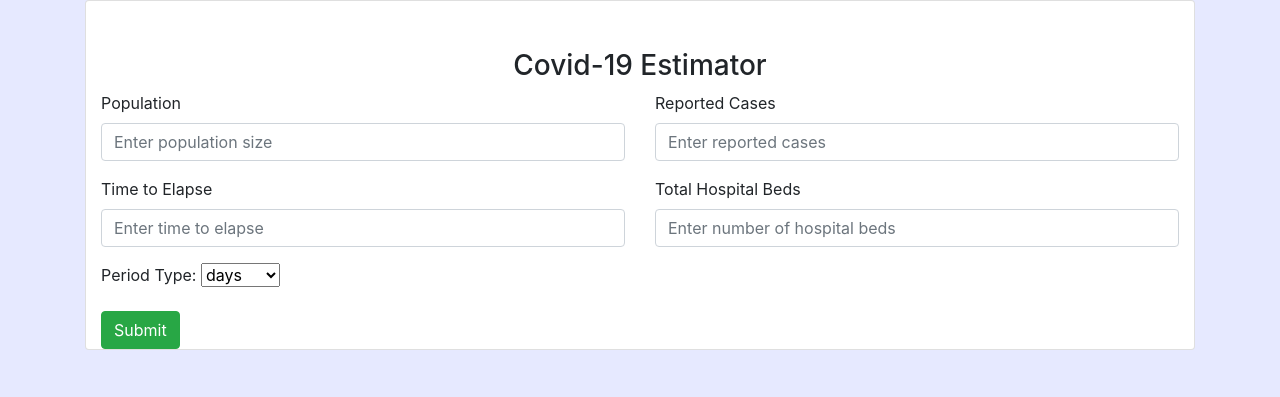
Repository: AbonyiXavier/FrontendUI--challenge-4
Page: index.html
An editor plug-in stored every save of this project. The page is shown before and after the next save, followed by the edit.
The browser window is 1280 px wide. The pictures show the whole page.

Above is the page before, as saved 2020-04-11 19:23:32.

### index.html
<!DOCTYPE html>
<html lang="en">
  <head>
    <meta charset="UTF-8" />
    <meta name="viewport" content="width=device-width, initial-scale=1.0" />
    <title>COVID-19 Estimator</title>
    <link rel="stylesheet" href="./CSS/bootstrap.css" />
    <link rel="stylesheet" href="./CSS/style.css" />
  </head>
  <body>
    <div class="container">
      <div class="card">
        <div class="container">
          <h3 class="text-center mt-5">Covid-19 Estimator</h3>
          <form>
            <div class="row">
              <div class="col-md-6">
                <div class="form-group">
                  <label for="Population">Population</label>
                  <input
                    id="population"
                    type="text"
                    class="form-control"
                    data-population
                    required
                    placeholder="Enter population size"
                  />
                </div>
                <div class="form-group">
                  <label for="Time to Elapse">Time to Elapse</label>
                  <input
                    id="time-to-Elapse"
                    type="text"
                    class="form-control"
                    data-time-to-elapse
                    required
                    placeholder="Enter time to elapse"
                  />
                </div>
              </div>
              <div class="col-md-6">
                <div class="form-group">
                  <label for="Reported Cases">Reported Cases</label>
                  <input
                    id="reported-cases"
                    type="text"
                    class="form-control"
                    data-reported-cases
                    required
                    placeholder="Enter reported cases"
                  />
                </div>
                <div class="form-group">
                  <label for="Total Hospital Beds">Total Hospital Beds</label>
                  <input
                    id="total-hospital-Beds"
                    type="text"
                    class="form-control"
                    data-total-hospital-beds
                    required
                    placeholder="Enter number of hospital beds"
                  />
                </div>
              </div>
            </div>
            <div class="form-group">
              <label for="cars">Period Type:</label>
              <select id="period-type" data-period-type required>
                <option value="days">days</option>
                <option value="weeks">weeks</option>
                <option value="months">months</option>
              </select>
            </div>
            <button type="submit" class="btn btn-success" data-go-estimate>
              Submit
            </button>
          </form>
        </div>
      </div>
    </div>
    <script src="./js/jquery.js"></script>
    <script src="./js/bootstrap.js"></script>
  </body>
</html>

### CSS/style.css
body {
    background: #e6e9ff;
}

Loaded but not shown: CSS/bootstrap.css (library); js/jquery.js (library); js/bootstrap.js (library)

After the next save:
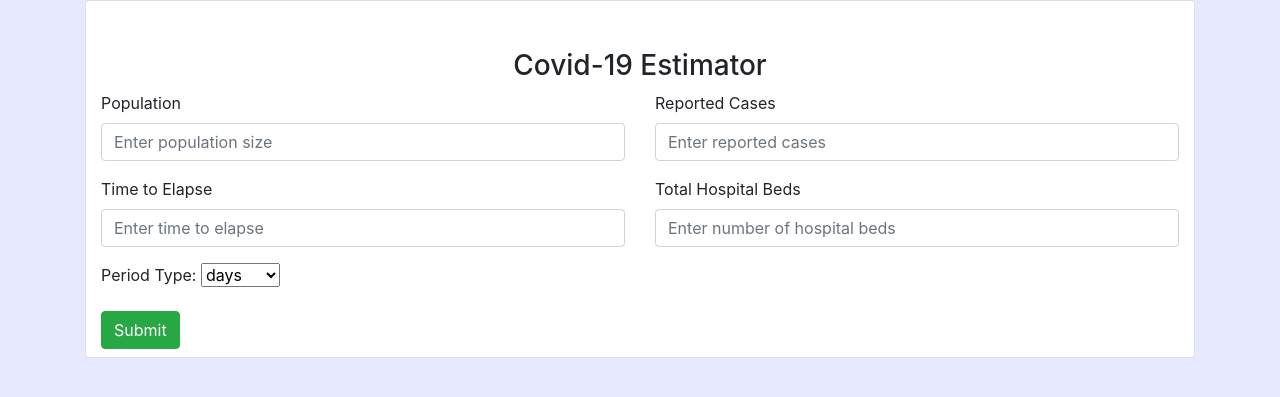
Saved 50 s later.
--- a/index.html
+++ b/index.html
@@ -71,7 +71,7 @@
                 <option value="months">months</option>
               </select>
             </div>
-            <button type="submit" class="btn btn-success" data-go-estimate>
+            <button type="submit" class="btn btn-success mb-2" data-go-estimate>
               Submit
             </button>
           </form>
